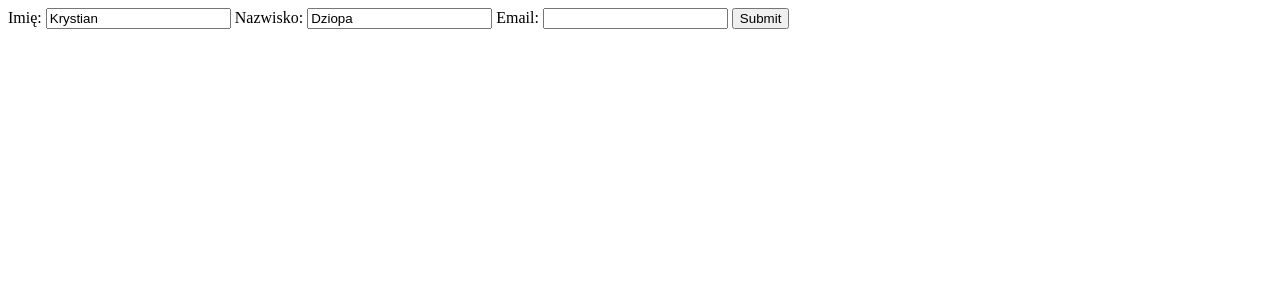
Repository: magdaf41/JavaScript
Page: JS DOM zadanie_5/index.html
The author's editor kept a copy of each file at every save. The page is drawn from the files as they stood at one save, then again after the next save.
The browser window is 1280 px wide. The pictures show the whole page.

Above is the page before, as saved 2020-09-06 15:10:27.

After the next save:
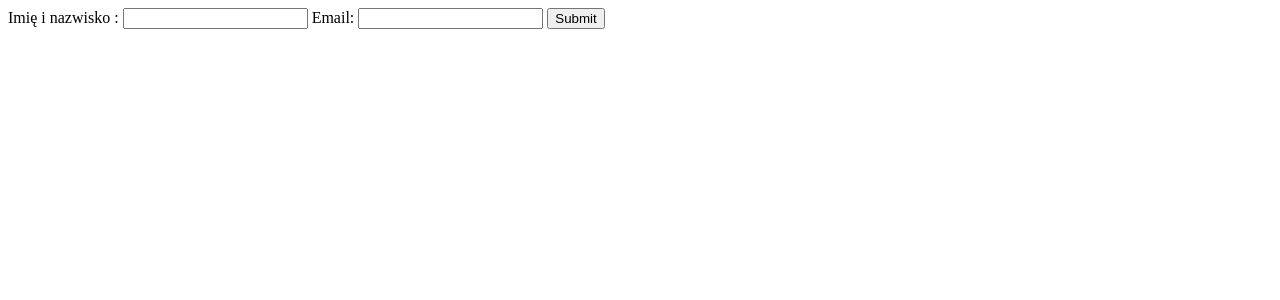
Saved 51 s later.
--- a/JS DOM zadanie_5/index.html
+++ b/JS DOM zadanie_5/index.html
@@ -10,8 +10,7 @@
 
 <body>
     <form id="form" action="">
-        <label>Imię: <input type="text" name="fname" value="Krystian"></label>
-        <label>Nazwisko: <input type="text" name="lname" value="Dziopa"></label>
+        <label>Imię  i nazwisko : <input type="text" name="name" value=""></label>
         <label>Email: <input type="text" name="email" id="email"> </label>
         <input id="submit" type="submit" value="Submit">
     </form>
